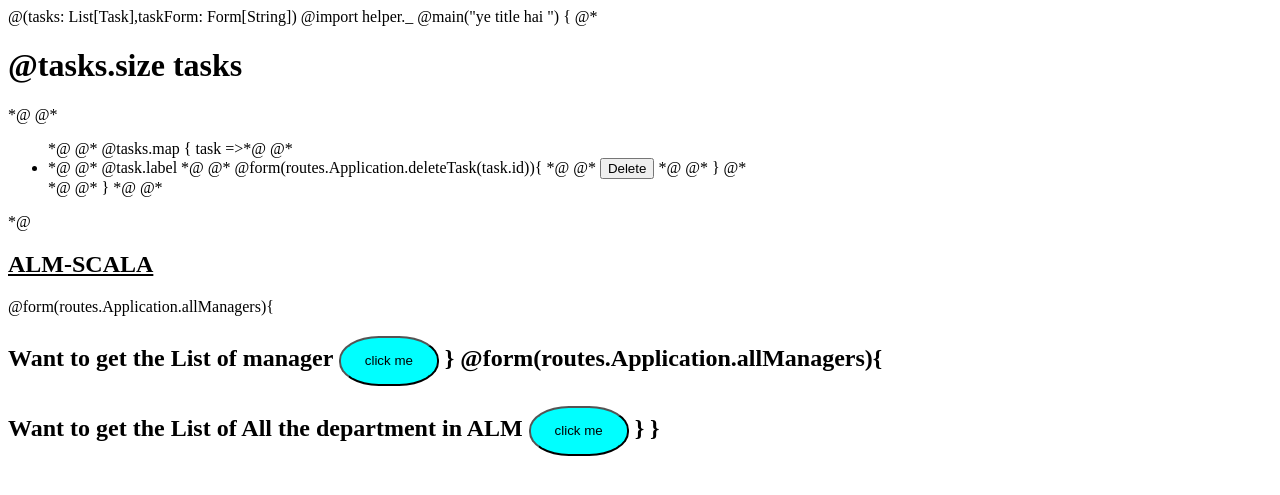
Repository: sumitkum200690/PLAY_SLICK
Page: Play_DB/app/views/index.scala.html
An editor plug-in stored every save of this project. The page is shown before and after the next save, followed by the edit.
The browser window is 1280 px wide. The pictures show the whole page.

Above is the page before, as saved 2015-09-21 12:44:23.

### Play_DB/app/views/index.scala.html
@(tasks: List[Task],taskForm: Form[String])

@import helper._
@main("ye title hai ") {


@*	 <h1>@tasks.size tasks </h1> *@


@* <ul> *@

@*		@tasks.map { task =>*@

	@*		<li> *@
		@*		@task.label *@
			@*	@form(routes.Application.deleteTask(task.id)){ *@
				@*	<input type="submit" value="Delete"> *@
		@*		}

		@*	</li> *@

		@*	} *@


@*	</ul> *@

<h2><b><U>ALM-SCALA</U></b></h2>
		@form(routes.Application.allManagers){
		<h2><b> Want to get the List of manager</b> <input type="submit" value="click me" style="height:50px; border-radius:40px/24px; width:100px; background-color:cyan" >
		}

		@form(routes.Application.allManagers){

		<h2><b> Want to get the List of All the department in ALM </b><input type="submit" value="click me" style="height:50px; border-radius:40px/24px; width:100px; background-color:cyan" >


	  	}


}

After the next save:
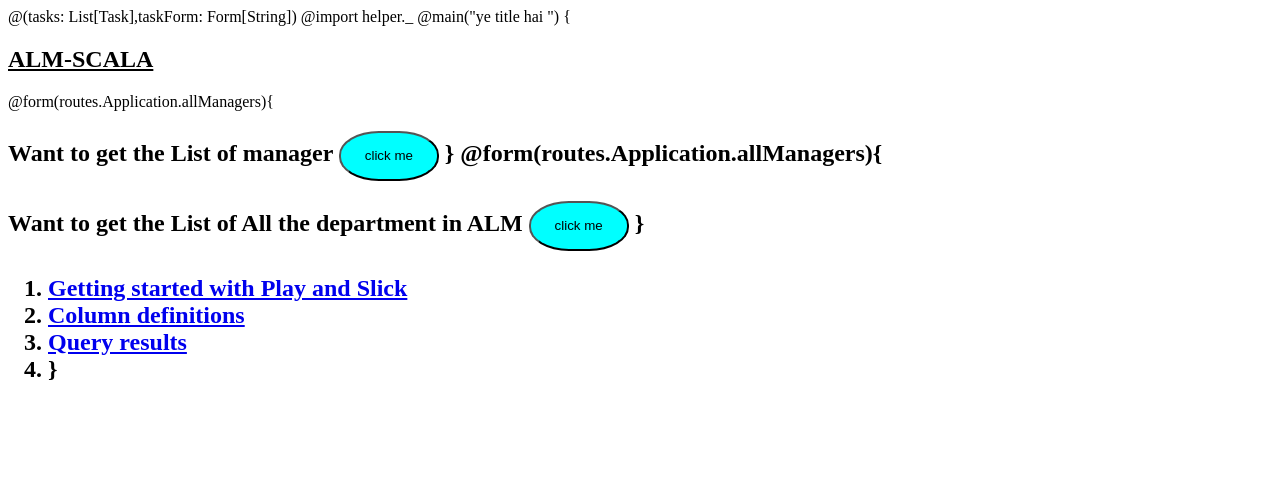
Saved 49 min 19 s later.
--- a/Play_DB/app/views/index.scala.html
+++ b/Play_DB/app/views/index.scala.html
@@ -4,25 +4,6 @@
 @main("ye title hai ") {
 
 
-@*	 <h1>@tasks.size tasks </h1> *@
-
-
-@* <ul> *@
-
-@*		@tasks.map { task =>*@
-
-	@*		<li> *@
-		@*		@task.label *@
-			@*	@form(routes.Application.deleteTask(task.id)){ *@
-				@*	<input type="submit" value="Delete"> *@
-		@*		}
-
-		@*	</li> *@
-
-		@*	} *@
-
-
-@*	</ul> *@
 
 <h2><b><U>ALM-SCALA</U></b></h2>
 		@form(routes.Application.allManagers){
@@ -37,4 +18,22 @@
 	  	}
 
 
+
+  <ol>
+  <li><a href="@routes.Application.gettingStarted">Getting started with Play and Slick</a></li>
+  <li><a href="@routes.Application.columnDefinitions">Column definitions</a></li>
+  <li><a href="@routes.Application.query">Query results</a></li>
+  <li>
+
+
+
+
+
+
+
+
+
+
+
+
 }
